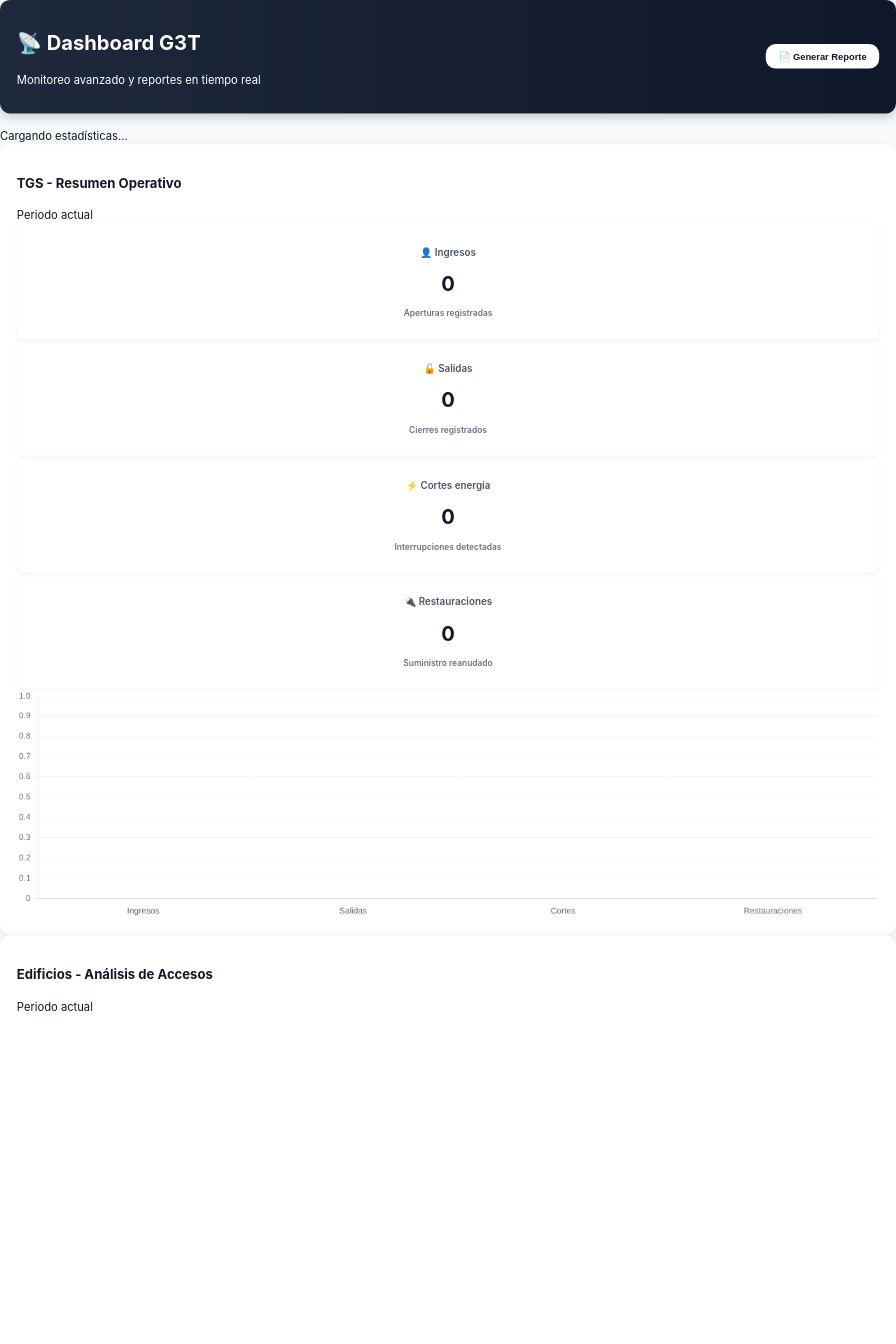
Repository: BBrian11/reportes
Page: /
An editor plug-in stored every save of this project. The page is shown before and after the next save, followed by the edit.
The browser window is 1280 px wide. The pictures show the part of the page from y = 0 to 1920 px (the page is 4233 px tall before and 4108 px after), at 70% of full size.
The page's requests for data from a server got no answer. The project was rebuilt for these pictures with package versions that can differ from the ones it lists, and the page was loaded fresh each time. Some packages were replaced by stand-ins written for this rebuild. No one was signed in, and anything a server would have sent is missing. Also part of the build but not shown: vite.config.js, src/styles/form.css.

Above is the page before, as saved 2025-07-29 15:31:36.

After the next save:
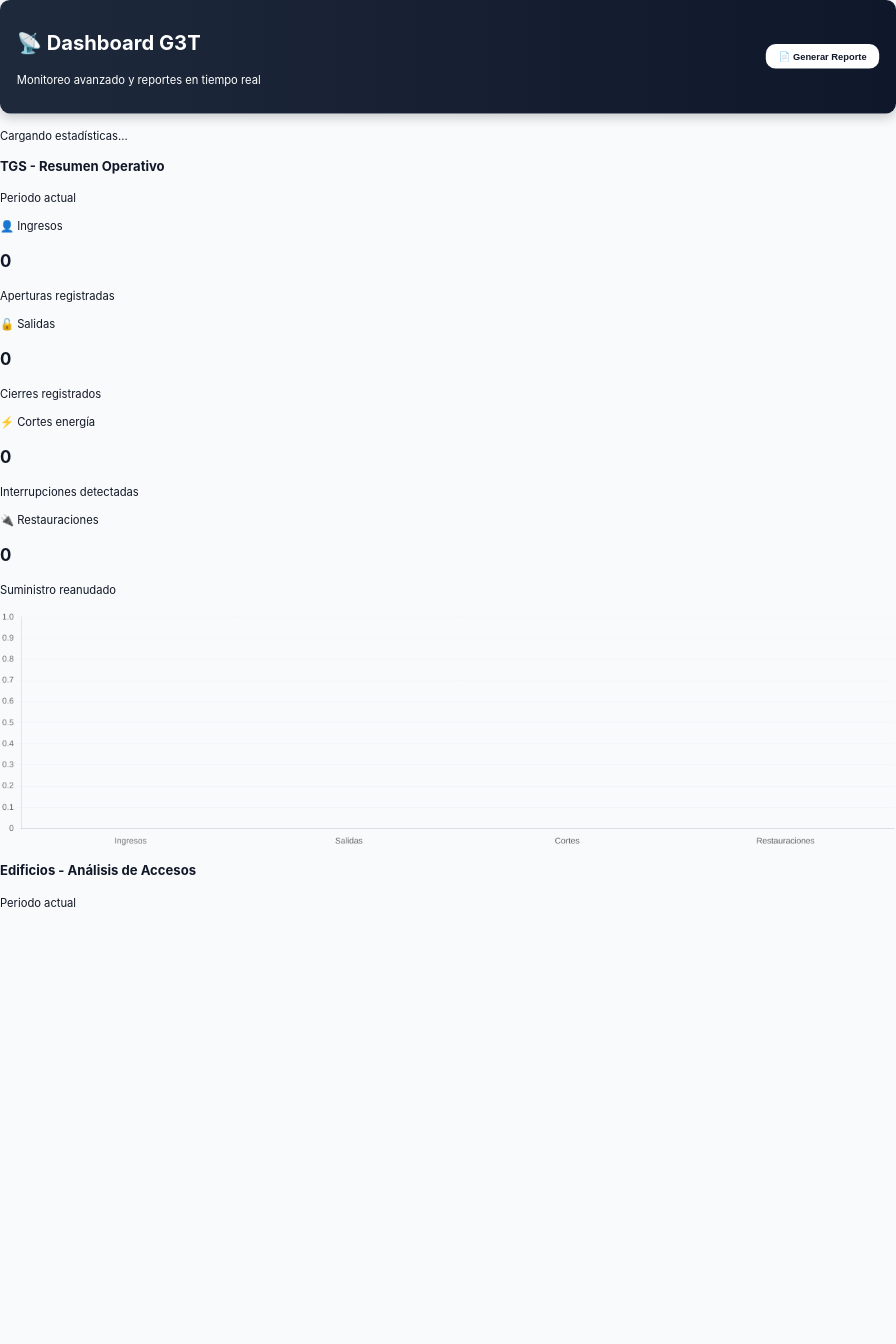
Saved 10 s later.
--- a/src/styles/dashboard.css
+++ b/src/styles/dashboard.css
@@ -49,37 +49,6 @@
     background: linear-gradient(135deg, #dc2626, #ef4444);
     color: #fff; /* texto blanco */
   }
-  .analytics-widget {
-  background: #fff;
-  border-radius: 16px;
-  box-shadow: 0 4px 20px rgba(0,0,0,0.08);
-  padding: 24px;
-  animation: fadeInUp 0.5s ease-in-out;
-}
-
-.kpi-card {
-  border-radius: 12px;
-  padding: 16px;
-  text-align: center;
-  font-weight: 600;
-  box-shadow: 0 2px 8px rgba(0,0,0,0.05);
-}
-
-.kpi-title {
-  font-size: 14px;
-  color: #4b5563;
-}
-
-.kpi-value {
-  font-size: 1.8rem;
-  font-weight: 700;
-  margin: 4px 0;
-}
-
-.kpi-sub {
-  font-size: 12px;
-  color: #6b7280;
-}
 
 
   /* Ajuste para títulos y footers dentro de la tarjeta */

After the 2 saves that followed:
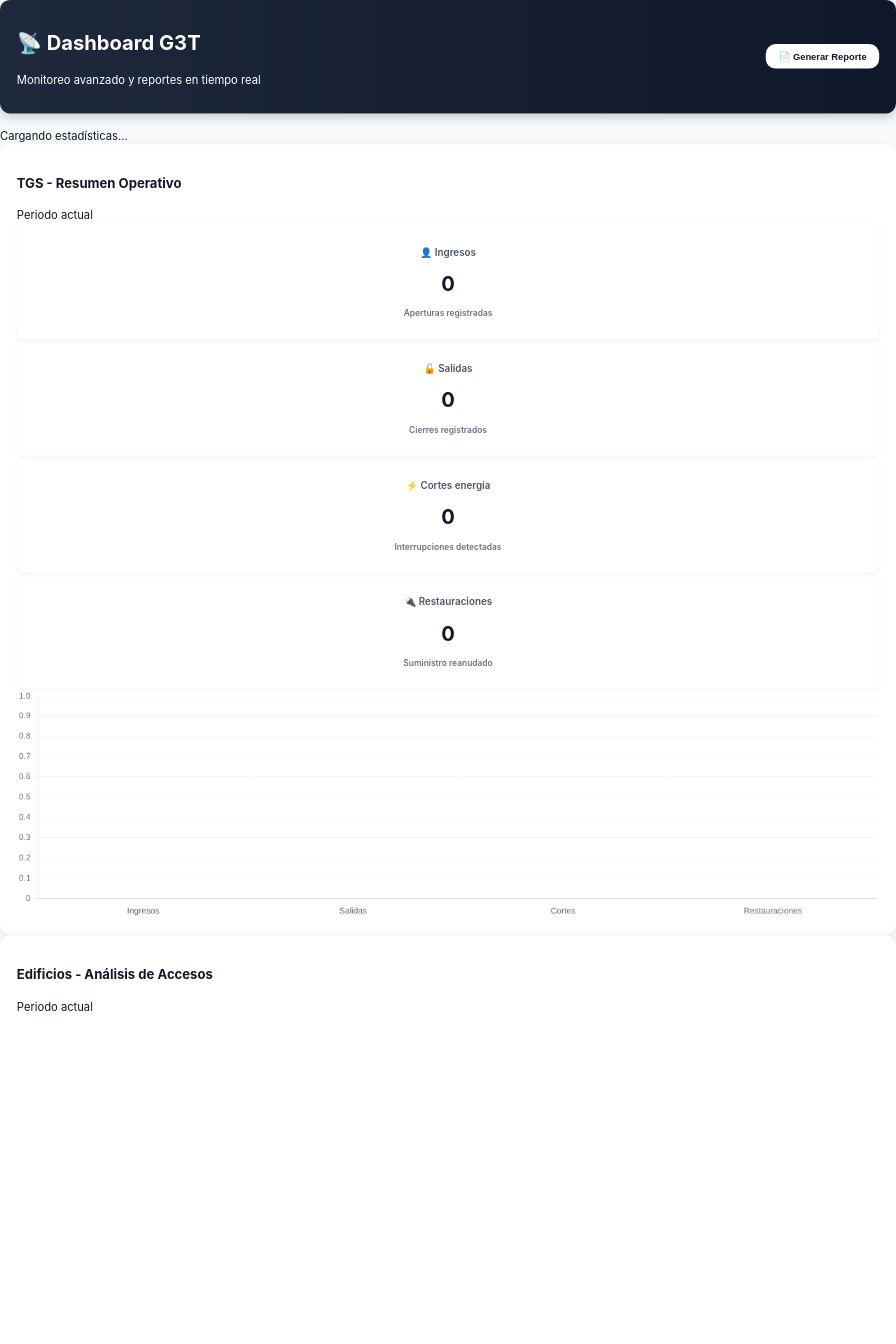
The 2 saves are shown as one change because 1 left the picture as it was.
The last was saved 17 s later.
--- a/src/styles/dashboard.css
+++ b/src/styles/dashboard.css
@@ -49,6 +49,37 @@
     background: linear-gradient(135deg, #dc2626, #ef4444);
     color: #fff; /* texto blanco */
   }
+  .analytics-widget {
+  background: #fff;
+  border-radius: 16px;
+  box-shadow: 0 4px 20px rgba(0,0,0,0.08);
+  padding: 24px;
+  animation: fadeInUp 0.5s ease-in-out;
+}
+
+.kpi-card {
+  border-radius: 12px;
+  padding: 16px;
+  text-align: center;
+  font-weight: 600;
+  box-shadow: 0 2px 8px rgba(0,0,0,0.05);
+}
+
+.kpi-title {
+  font-size: 14px;
+  color: #4b5563;
+}
+
+.kpi-value {
+  font-size: 1.8rem;
+  font-weight: 700;
+  margin: 4px 0;
+}
+
+.kpi-sub {
+  font-size: 12px;
+  color: #6b7280;
+}
 
 
   /* Ajuste para títulos y footers dentro de la tarjeta */
